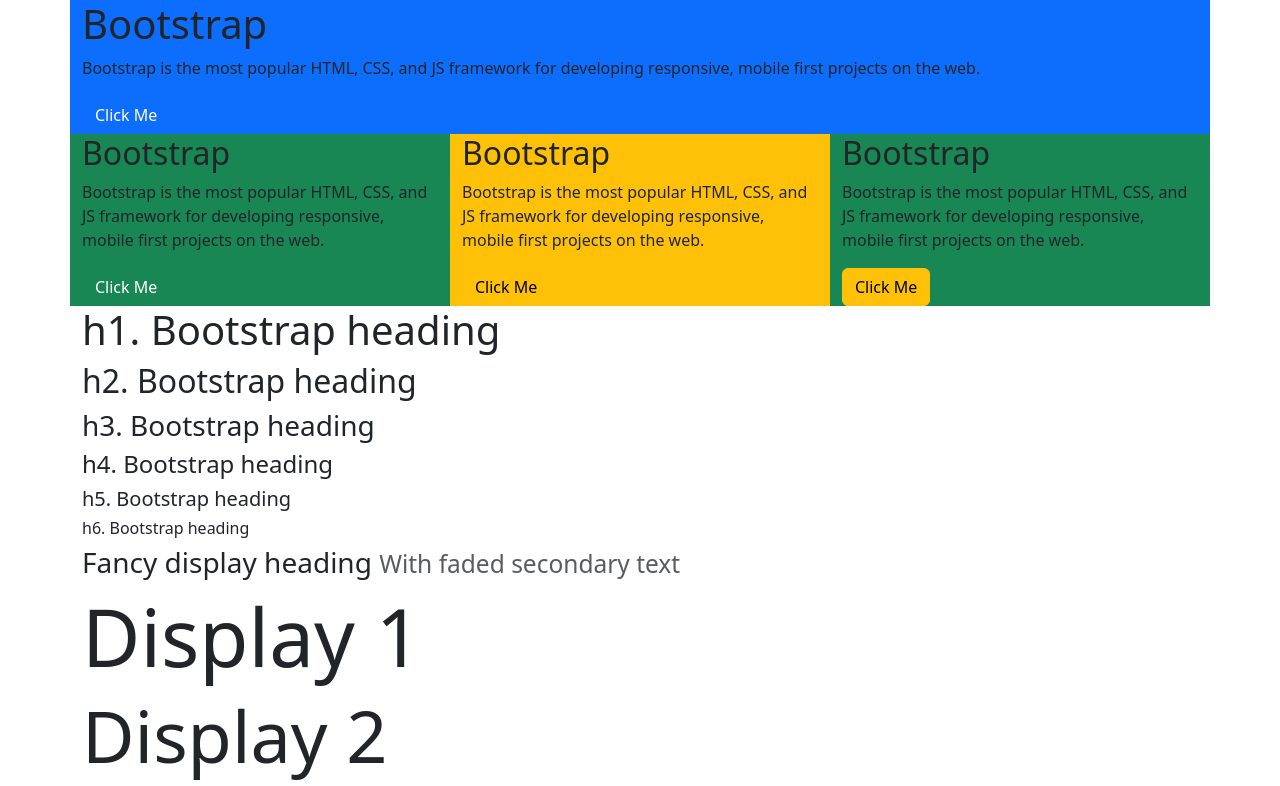
Repository: arunyerram/Web-TEChnologies
Page: b.html
The author's editor kept a copy of each file at every save. The page is drawn from the files as they stood at one save, then again after the next save.
The browser window is 1280 px wide. The pictures show the whole page.

Above is the page before, as saved 2025-02-20 12:14:07.

After the next save:
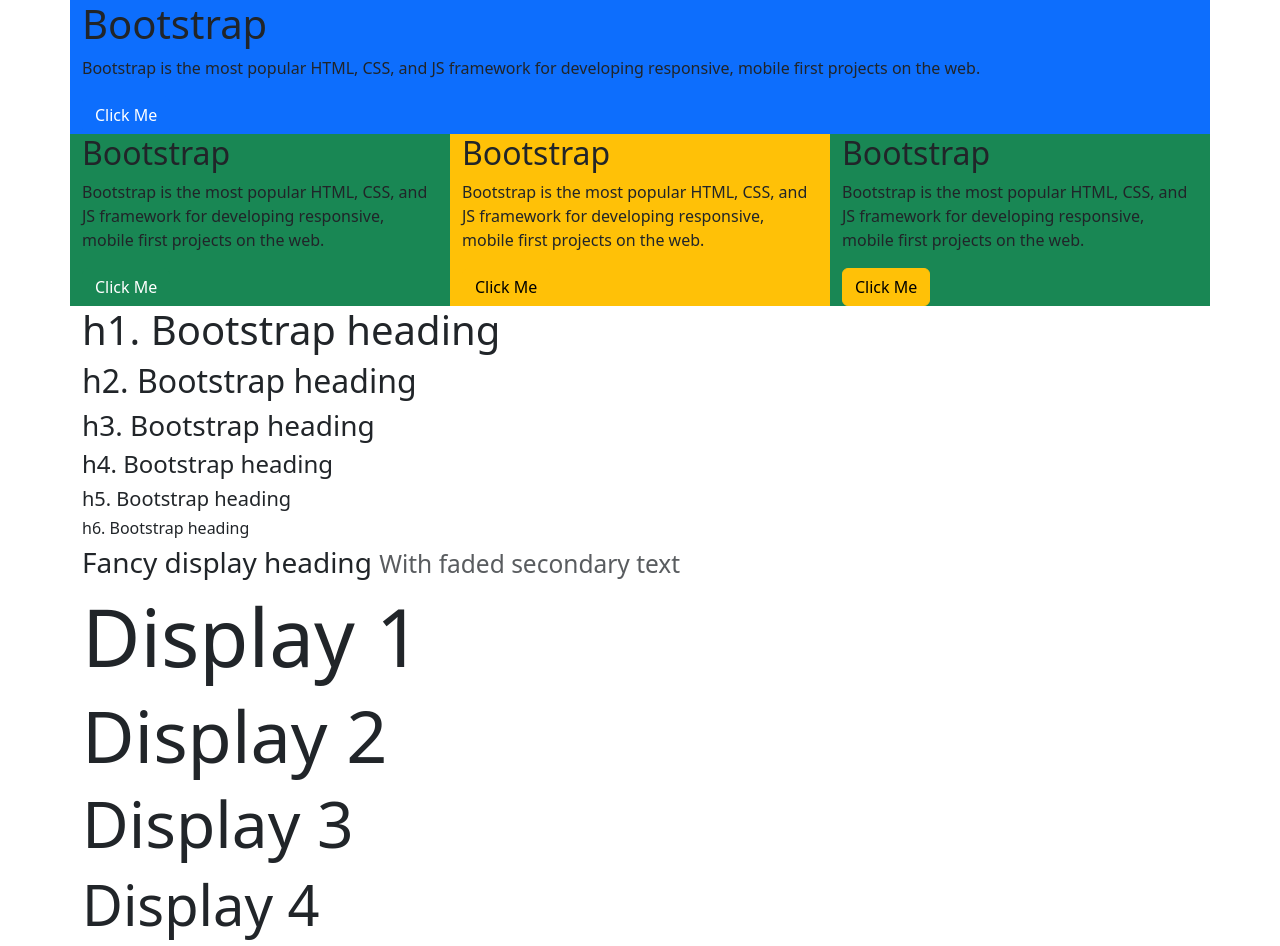
Saved 6 s later.
--- a/b.html
+++ b/b.html
@@ -51,6 +51,8 @@
 
         <h1 class="display-1">Display 1</h1>
         <h1 class="display-2">Display 2</h1>
-        <h1 class=""
+        <h1 class="display-3">Display 3</h1>
+        <h1 class="display-4">Display 4</h1>
+
 </body>
 </html>
